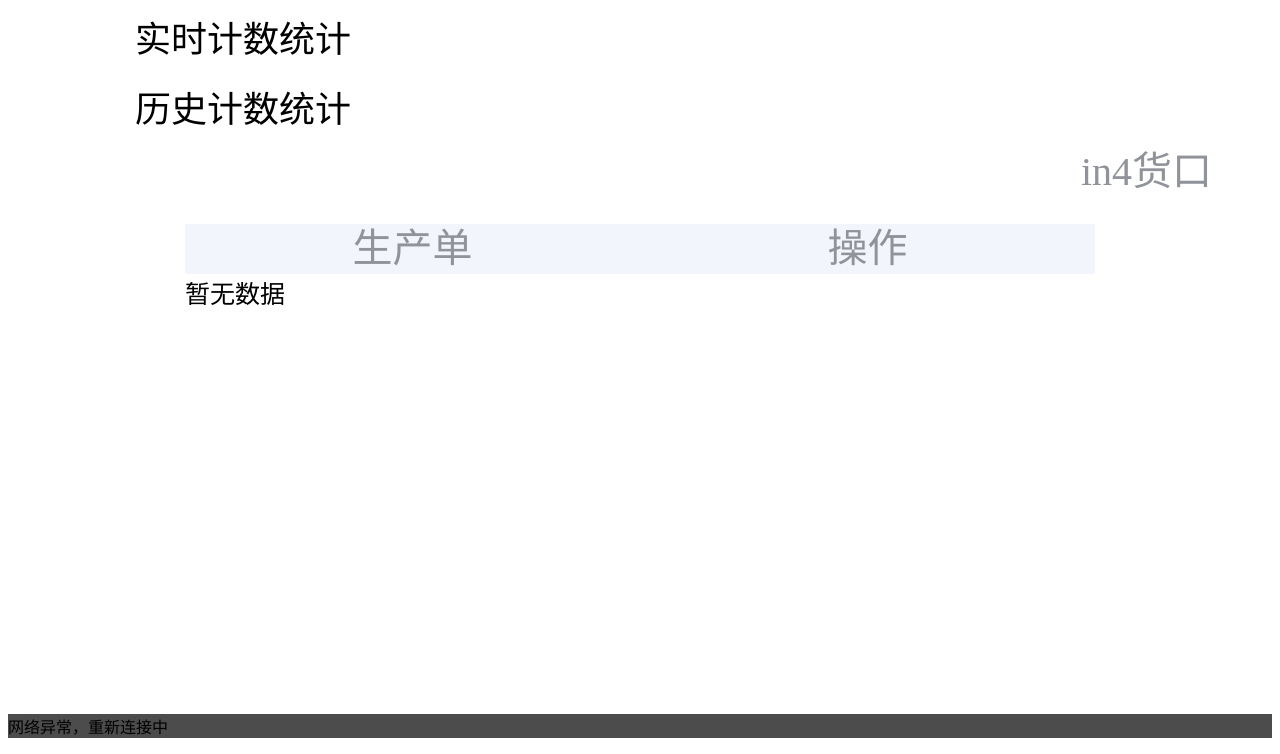
Repository: yaesass/yaesass
Page: /#/InStock (app in scancode/)
The author's editor kept a copy of each file at every save. The page is drawn from the files as they stood at one save, then again after the next save.
The browser window is 1280 px wide. The pictures show the whole page.
The page's requests for data from a server got no answer. The project was rebuilt for these pictures with package versions that can differ from the ones it lists, and the page was loaded fresh each time. No one was signed in, and anything a server would have sent is missing. Also part of the build but not shown: scancode/vue.config.js.

Above is the page before, as saved 2022-06-29 15:25:46.

### scancode/src/main.js
import Vue from 'vue'
import App from './App.vue'
import router from './router/index.js'

import ElementUI from 'element-ui';
// import 'element-ui/lib/theme-chalk/index.css';

import axios from 'axios'
Vue.use(ElementUI);
Vue.config.productionTip = false
Vue.prototype.$axios = axios
new Vue({
  el: '#app',
  axios,
  router,
  render: h => h(App)
}).$mount('#app')

### scancode/src/App.vue
<template>
  <div id="app">
    <!-- Name {{ Name }} token {{ token }} Type {{ Type }} Remarks {{ Remarks }} -->
    <router-view></router-view>
  </div>
</template>
<script>
export default {
  name: "App",
  data() {
    return {
      // show: "",
      // activeName: "待生产订单",
      // list: [],
      // listLoading: true,
      // queryForm: {
      //   CurrentPage: 1,
      //   PageSize: 999999,
      // },
      // intervalId: null,
      // messageObj: "",
    };
  },
  created() {
    //获取winform数据
    this.Name = this.getQueryString("Name");
    this.token = "Bearer" + " " + this.getQueryString("token");
    this.Type = this.getQueryString("DeliveryType");
    this.Remarks = this.getQueryString("Remarks");
    // console.log("this", this);
    // if (this.Type == "in") {
      this.$router.push({
        name: "InStock",
        params: { setid: 111222 },
      });
    // }
    //else {
    //   this.$router.push({
    //     path: "/outStock/outStock",
    //     params: { setid: 111222 },
    //   });
    // }
  },
  beforeDestroy() {
    // this.isDestroyed = true;
    // this.ws.close("测试");
  },
  methods: {
    //接收winform数据
    getQueryString(name) {
      var reg = new RegExp("(^|&)" + name + "=([^&]*)(&|$)");
      var r = window.location.search.substr(1).match(reg);
      if (r != null) return decodeURI(r[2]);
      return null;
    },
  },
};
</script>

### scancode/src/router/index.js
import Vue from 'vue'
import VueRouter from 'vue-router'
// import HomeView from '../views/mainPage/mainPage.vue'

Vue.use(VueRouter)

const routes = [
  {
    path: '/',
    name: 'home',
  },
  {
    path: '/InStock',
    name: 'InStock',
    // route level code-splitting
    // this generates a separate chunk (about.[hash].js) for this route
    // which is lazy-loaded when the route is visited.
    component: () => import(/* webpackChunkName: "about" */ '../views/InStock.vue')
  }
]



const router = new VueRouter({
  routes
})

export default router

### scancode/src/views/InStock.vue
<template>
  <el-tabs v-model="activeName" @tab-click="handleClick">
    <el-tab-pane
      label="实时计数统计"
      class="counttable"
      name="second"
      :disabled="tab"
    >
      <div class="count">
        <div class="counttxt">{{ Remarks }}</div>
      </div>
      <el-table
        :data="tableData"
        border
        :header-cell-style="{
          background: '#F2F6FC',
          height: '48px',
          color: '#909399',
          fontSize: '40px',
        }"
        style="width: 910px; margin: 40px auto; font-size: 25px"
        :cell-style="totalcellcolor"
        height="450"
        :row-style="{ height: '48px' }"
        v-if="countkey"
      >
        <el-table-column align="center" label="生产单">
          <template slot-scope="scope">
            <span v-html="scope.row.product"></span>
          </template>
        </el-table-column>
        <el-table-column align="center" label="操作">
          <template #default="{ row }">
            <el-button
              type="primary"
              round
              @click="ordercharge(row)"
              style="font-size: 20px"
            >
              入库
            </el-button>
          </template>
        </el-table-column>
      </el-table>
    </el-tab-pane>
    <el-tab-pane
      label="历史计数统计"
      class="counttable"
      name="first"
      :disabled="tab"
    >
      <div class="f" style="justify-content: space-around; margin-top: 17px">
        <el-date-picker
          v-model="value1"
          type="daterange"
          value-format="yyyy-MM-dd"
          range-separator="至"
          start-placeholder="开始日期"
          end-placeholder="结束日期"
        >
        </el-date-picker>
        <el-button type="primary" @click="inquire()">查询</el-button>
      </div>
      <el-table
        :data="tableData"
        border
        :header-cell-style="{
          background: '#F2F6FC',
          height: '48px',
          color: '#909399',
          fontSize: '40px',
        }"
        style="width: 910px; margin: 40px auto; font-size: 25px"
        :cell-style="totalcellcolor"
        height="450"
        :row-style="{ height: '48px' }"
      >
        <el-table-column align="center" prop="product" label="产品名称">
        </el-table-column>
        <el-table-column align="center" prop="num" label="入库数量">
        </el-table-column>
        <el-table-column align="center" prop="time" label="出库时间">
        </el-table-column>
      </el-table>
    </el-tab-pane>
  </el-tabs>
</template>

<script>
export default {
  name: "InStock",
  data() {
    return {
      token:
        "Bearer admin-accessToken-eyJ0eXAiOiJKV1QiLCJhbGciOiJIUzI1NiJ9.eyJpZCI6IkVBNDY5MDAwLUEwRTMtNDM2NS04OEU1LTYzNTk4MUQxNzM2NSIsIm5hbWUiOiLmiavnoIEifQ.ysDSnXIKlGLatjoH2wUIq0r65R8tv9DP_CH0vsOTbN0",
      //token: '',
      Name: "in4",
      //Name: 'out1',
      //Name: '',
      Type: "in",
      //Type: 'out',
      //Type:'',
      Remarks: "in4货口",
      // Remarks: 'out1货口',
      //Remarks: '',
      activeName: "second", //选项卡
      isDestroyed: false, // 页面是否销毁
      lockReconnect: false, // 是否真正建立连接
      outkey: false, //是否为出货口
      tab: false, //tabs栏是否锁定
      list: [], //接收产品列表
      str: [], //上传产品列表
      innum: false, //当前入库产品数量
      orderlist: [], //订单列表
      tableData: [], //历史列表
      countkey: true, //实时计数第一页
      value1: "", //选择日期
      begintime: "", //开始日期
      endtime: "", //结束日期
      outorderkey: true, //出库历史统计第一页
      outcountkey: true, //出库计数页第一页
      needMergeArr: ["time"], //合并列
      rowMergeArrs: {},
      //分页
      tempList: [], //表格显示数据
      currentPage: 1, //当前页
      pageSize: 10, //每页行数
      total: 0, //列表总行数
      errMessage: "",
    };
  },
  created() {
    this.GetScanningOrder();
  },
  mounted() {},

  destroyed() {
    // 在页面销毁
  },
  methods: {
    //查询入库订单状态
    GetScanningOrder(e) {
      let that = this;
      that.$loading({
        lock: true,
        text: "请稍候...",
        spinner: "el-icon-loading",
        background: "rgba(0, 0, 0, 0.7)",
      });
      that.list = [];
      this.$axios
        .post(
          "https://www.moondeity.com:8308/api/Areas/OrderInfo/GetScanningOrder",
          {
            Type: that.Name,
          },
          {
            headers: {
              Authorization: that.token,
            },
          }
        )
        .then(function (response) {
          let reqdata = response.data.data;
          console.log("查询入库订单状态", reqdata.dt);
          console.log("	that.$router", that.$router);
          that.$router.push({ name: "in", params: { id: "123456" } });

          if (reqdata.dt != "") {
            //有正在入库的订单

            that.start();
            that.OrderId = reqdata.dt[0].Id;
            that.StockState = reqdata.dt[0].StockState;
            that.activeName = "second";
            that.countkey = false;
            let name = reqdata.dt[0].Remarks.split(">")[1].split("第")[0]; //截取remarks获得产品名
            if (reqdata.dt[0].RealQuantity > 0) {
              //显示已扫描数据
              let num = reqdata.dt[0].RealQuantity;
              that.innum = true;
              //console.log('innum', that.innum)
              that.list.push({
                id: reqdata.dt[0].ProductId,
                name: name,
                num: num,
              });
              //console.log('GetScanningOrder--list', that.list)
            }
          } else {
            that.innum = false;
            that.countkey = true;
            that.value = "order";
            that.getlist(); //没有正在入库的订单
            try {
              //console.log('window.ws', window.ws)
              window.ws.close();
            } catch (e) {
              //console.log('err', e)
            }
          }
          that.$loading().close();
        })
        .catch(function (error) {
          console.log("查询入库订单状态error", error);
          if (e != "err") {
            that.$loading().close();
          }
          that.$loading({
            lock: true,
            text: "网络异常，重新连接中",
            spinner: "el-icon-loading",
            background: "rgba(0, 0, 0, 0.7)",
          });
          setTimeout(() => {
            that.GetScanningOrder("err");
          }, 3000);
        });
    },
  },
};
</script>

<style>
.f {
  display: flex;
}

.el-table {
  width: 100%;
  display: flex;
  flex-direction: column;
}

.el-table__body-wrapper {
  flex: 1;
}

.el-tabs__item {
  margin-top: 10px;
  width: 470px;
  height: 60px;
  text-align: center;
  font-size: 36px;
  font-weight: 300;
  letter-spacing: 0em;
}

.back {
  margin-top: -50px;
  margin-left: 750px;
}

.count {
  display: flex;
  justify-content: right;
  margin: 20px 60px 20px 0;
}

.count .counttxt {
  font-size: 40px;
  font-weight: normal;
  line-height: 24px;
  letter-spacing: 0px;
  color: #909399;
}

.counttable .el-table .cell {
  line-height: 50px;
  font-weight: 300;
}

.inzeroa {
  display: flex;
  width: 264px;
  height: 81px;
  border-radius: 15px;
  background: #d8d8d8;
}

.inzeroa .btntxt {
  margin: auto;
  font-size: 50px;
  font-weight: 300;
  color: #aaaaaa;
}

.inzero {
  display: flex;
  width: 264px;
  height: 81px;
  border-radius: 15px;
  background: #409eff;
}

.inzero .btntxt {
  margin: auto;
  font-size: 50px;
  font-weight: 300;
  color: #ffffff;
}

.zero {
  display: flex;
  margin: 34px auto;
  width: 264px;
  height: 81px;
  border-radius: 15px;
  background: #409eff;
}

.zero .btntxt {
  margin: auto;
  font-size: 50px;
  font-weight: 300;
  color: #ffffff;
}

.outhistory {
  display: flex;
  margin: 34px auto;
  width: 264px;
  height: 81px;
  border-radius: 15px;
  background: #409eff;
}

.outhistory .btntxt {
  margin: auto;
  font-size: 50px;
  font-weight: 300;
  color: #ffffff;
}

.out {
  display: flex;
  margin: 180px auto;
  width: 300px;
  height: 150px;
  border-radius: 30px;
  background: #409eff;
}

.out .btntxt {
  margin: auto;
  font-size: 50px;
  font-weight: 300;
  color: #ffffff;
}

.workShop_message {
  width: 40%;
  font-size: 30px;
  color: #ff7d38;
}

.workShop_message .btn {
  padding: 5px 10px;
  cursor: pointer;
  background: #ffb89143;
  border: 2px solid #ffb89143;
  border-radius: 10px;
}
</style>

Loaded but not shown: scancode/public/index.html (common file)

After the next save:
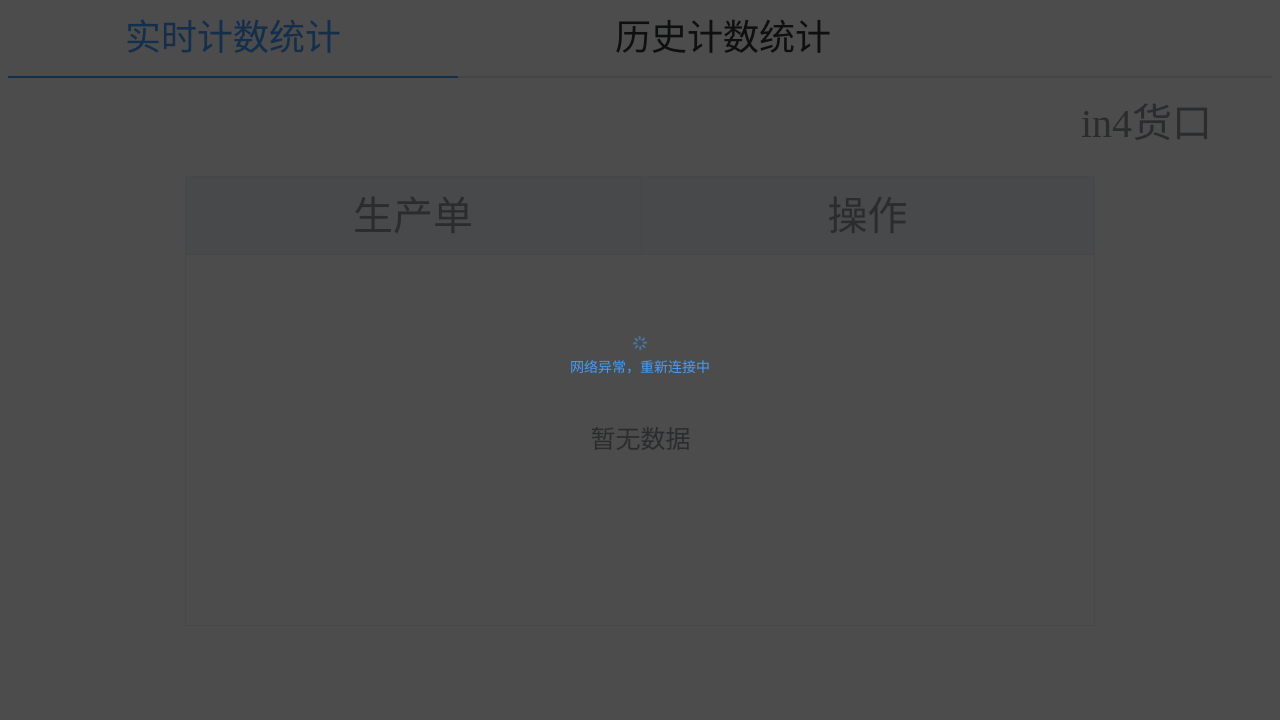
Saved 41 s later.
--- a/scancode/src/main.js
+++ b/scancode/src/main.js
@@ -3,7 +3,7 @@
 import router from './router/index.js'
 
 import ElementUI from 'element-ui';
-// import 'element-ui/lib/theme-chalk/index.css';
+import 'element-ui/lib/theme-chalk/index.css';
 
 import axios from 'axios'
 Vue.use(ElementUI);

After the 3 saves that followed:
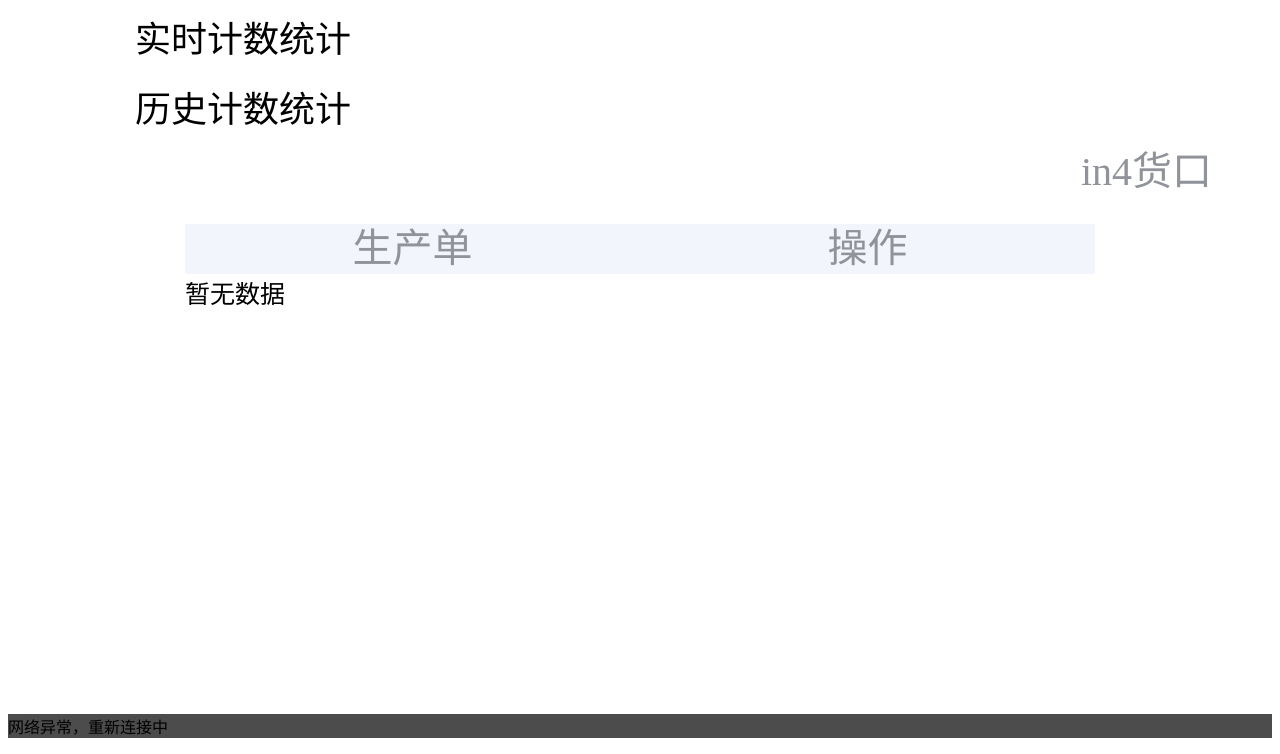
The 3 saves are shown as one change because 2 did not build or start.
The last was saved 119 s later.
--- a/scancode/src/main.js
+++ b/scancode/src/main.js
@@ -3,7 +3,7 @@
 import router from './router/index.js'
 
 import ElementUI from 'element-ui';
-import 'element-ui/lib/theme-chalk/index.css';
+// import 'element-ui/lib/theme-chalk/index.css';
 
 import axios from 'axios'
 Vue.use(ElementUI);
